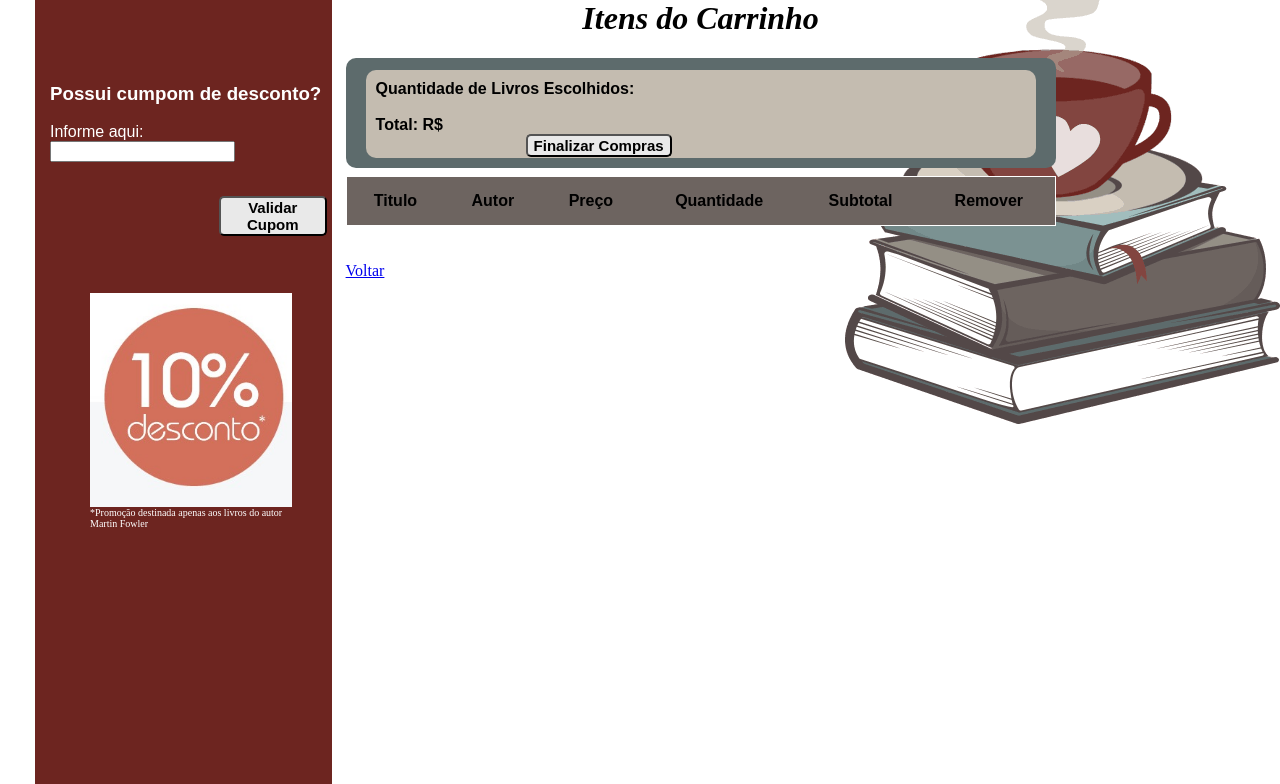
Repository: gabriellacrystina/ProjetoTegra
Page: http://localhost/book-store/meuCarrinho.jsp
An editor plug-in stored every save of this project. The page is shown before and after the next save, followed by the edit.
The browser window is 1280 px wide. The pictures show the whole page.
The page is served by Tomcat 9. Nobody is signed in. The application's start-up code is not run. Other server files are loaded and not shown. The template is opened directly, without the code that normally fills it, so the values that code supplies are empty.

Above is the page before, as saved 2016-07-10 19:15:46.

### book-store/WebContent/meuCarrinho.jsp
<%@ page language="java" contentType="text/html; charset=ISO-8859-1"
    pageEncoding="ISO-8859-1"%>
<%@ taglib uri="http://java.sun.com/jsp/jstl/core" prefix="c" %>

<!DOCTYPE html PUBLIC "-//W3C//DTD HTML 4.01 Transitional//EN" "http://www.w3.org/TR/html4/loose.dtd">
<html>
	<head>
		<meta http-equiv="Content-Type" content="text/html; charset=ISO-8859-1">
		<link rel="stylesheet" type="text/css" href="book-store-style.css">
		<script src="controle-compra.js"></script>
		<title>Carrinho</title>
	</head>
	<body>
		<section class="desconto" >
			<h3>Possui cumpom de desconto?</h3>
				<form action="FinalizarCompra" method="post">
					<p>Informe aqui: <input type="text" id="cupom" name="cupom" maxlength="15"></p>
					<br><button class="btn btn-validarCumpom" type="submit" onclick="return validarCupom()">Validar Cupom</button>
				</form>
			<figure>
				<img id="img-desconto" src="img/desconto.jpg" />
				<figcaption id="img-descricao">*Promoção destinada apenas aos livros do autor Martin Fowler</figcaption>
			</figure>
			<c:if test="${resultado != null}" >
				<c:out value="${resultado}"/>
			</c:if>
		</section>
		<h1>Itens do Carrinho</h1>
		<div class="my-cart">
			<div class="carrinho">
			    Quantidade de Livros Escolhidos: <output class="output-carrinho" id="qtde-itens" name="quantidade-itens">${qtdeLivros}</output>
			    <br><br>
				Total: <output class="output-carrinho" id="total" name="total-itens">${total} R$</output>
				<form action="ConcluirCompra">
						<button type="submit" class="btn concluir-compra">Finalizar Compras</button>
				</form>
			</div>
		</div>
		<table id="tbl-books">
		  <tr>
		    <th>Titulo</th>
		    <th>Autor</th>
		    <th>Preço</th>
		    <th>Quantidade</th>
		    <th>Subtotal</th>
		    <th>Remover</th>
		  </tr>
	  		<c:forEach var="item" items="${listaItens}">
	  			<tr class="livros">
					<td class="nome-livro">${item.getProduto().getTitulo()}</td>
					<td class="nome-autor">${item.getProduto().getAutor()}</td>
					<td class="preco">R$ ${item.getProduto().getPreco()}</td>
					<td class="quantidade">${item.getQuantidade()}</td>
					<td class="subtotal">R$ ${item.getSubtotal()}</td>
					<td>
						<form action="MeuCarrinho" method="post">
							<input type="hidden" name="id-livro" value="${item.getProduto().getId()}"/>
							<button class="btn btn-comprar" type="submit">Remover</button>
						</form>
					</td>
				</tr>
	  		</c:forEach>
		</table>
		<br>
		<br><a href="index.jsp">Voltar</a>
	</body>
</html>

### book-store/WebContent/book-store-style.css
@CHARSET "ISO-8859-1";

body {
	background-image: url("img/back.png");
	background-repeat: no-repeat;
	background-position: right top;
	background-attachment: initial;
    width: 710px;
    margin-top: 0px;
    margin-left: 27%;
	margin-right: auto;
}

h1 {
	font-style: oblique;
	text-align: center;
    color: #000000;
    margin-top: 0px;
    font-family: cursive;
}

h2{
	text-align: center;
	font-family: cursive;
    font-size: -webkit-xxx-large;
    color: #5D6B6C;
}

h5{
	color: #000000;
	font-size: x-large;
}

h4{
	color: #1b1919;
	text-align: center;
    font-size: x-large;
    font-family: cursive;

}

#tbl-books {
	width: 100%;
	font-family: "Arial", "Helvetica", sans-serif;
	border: 1px solid #ffffff;
    border-collapse: collapse;
}

#tbl-books tr:nth-child(even){
	background-color: #FFFFFF
}

#tbl-books tr:nth-child(odd){
	background-color: #6D6460;
}

th, td {
    padding: 15px;
    text-align: center;
}


.nome-livro{
	text-align: left;
}

.my-cart{
	width: 100%;
	height: 110px;
	border-radius: 10px;
    padding: 12px 20px;
    margin: 8px 0;
    box-sizing: border-box;
	background-color: #5D6B6C;
	margin-left: auto;
	margin-right: auto;
}
.cart{
	float: right;
	background-color: #c4bcb0;
	border-radius: 10px;
	padding-left: 10px;
	padding-bottom: 5px;
	margin-left: auto;
	margin-right: auto;
}

.carrinho{
	background-color: #c4bcb0;
	height: 90%;
	text-align: left;
	border-radius: 10px;
	padding-top: 10px;
	padding-left: 10px;
	padding-right: 10px;
	font: small-caption;
    font-weight: 700;
}

#lbl-meu-carrinho{
	font-size: 20px;
	font-weight: bold;
}

.btn {
	font-family: "Arial", "Helvetica", sans-serif;
	border-radius: 5px;
	font-size: 15px;
	font-weight: bold;
	margin-left: 150px;
	margin-right: 5px;
	background-color: #e9e9e9;
}

.btn-comprar{
	margin-left: 10%;
}

.btn-validarCumpom{
	margin-left: 60%;
}

.btn-concluirCompra{
	float: right;
	margin-top: -10px;
	margin-left: 70%;
}
.it-carrinho{
	margin-right: 150px;
}

.img-desconto{
	background-image: url("img/desconto.jpg");
	width: 10%;
	top:5px;
	left:20px;
	position:absolute;
}

#img-descricao{
	color: #ffffff;
	font-size: 10px;
}

h3, p{
	color: #ffffff;
	font-family: "Arial", "Helvetica", serif;
}

.desconto{
	margin-top: 0px;
	background-color: #6D2520;
	width: 22%;
	height: 100%;
	left:35px;
	text-align: left;
	padding-top: 5%;
	padding-left: 15px;
	position:absolute;
}

#img-desconto{
	padding-top: 20%;
	width: 100%;

}
.titulo-livro{
	font-size: larger;
}

### book-store/WebContent/controle-compra.js
/**
 * Controle de Compra. Arquivo que valida dados do arquivo index.jsp
 */
//valida se carrinho contém itens!!
function validaCarrinho(){
	var qtdeItens = document.getElementById("qtde-itens").textContent;

	if(qtdeItens == 0){
		alert("Não há itens no carrinho!!");
		return false;
	}
	return true;
}

//verifica se o input do cupom foi informado
function validarCupom(){
	var cupom = document.getElementById("cupom").value;

	if(cupom == ""){
		alert("Informe o cupom!!");
		return false;
	}
	return true;
}

After the next save:
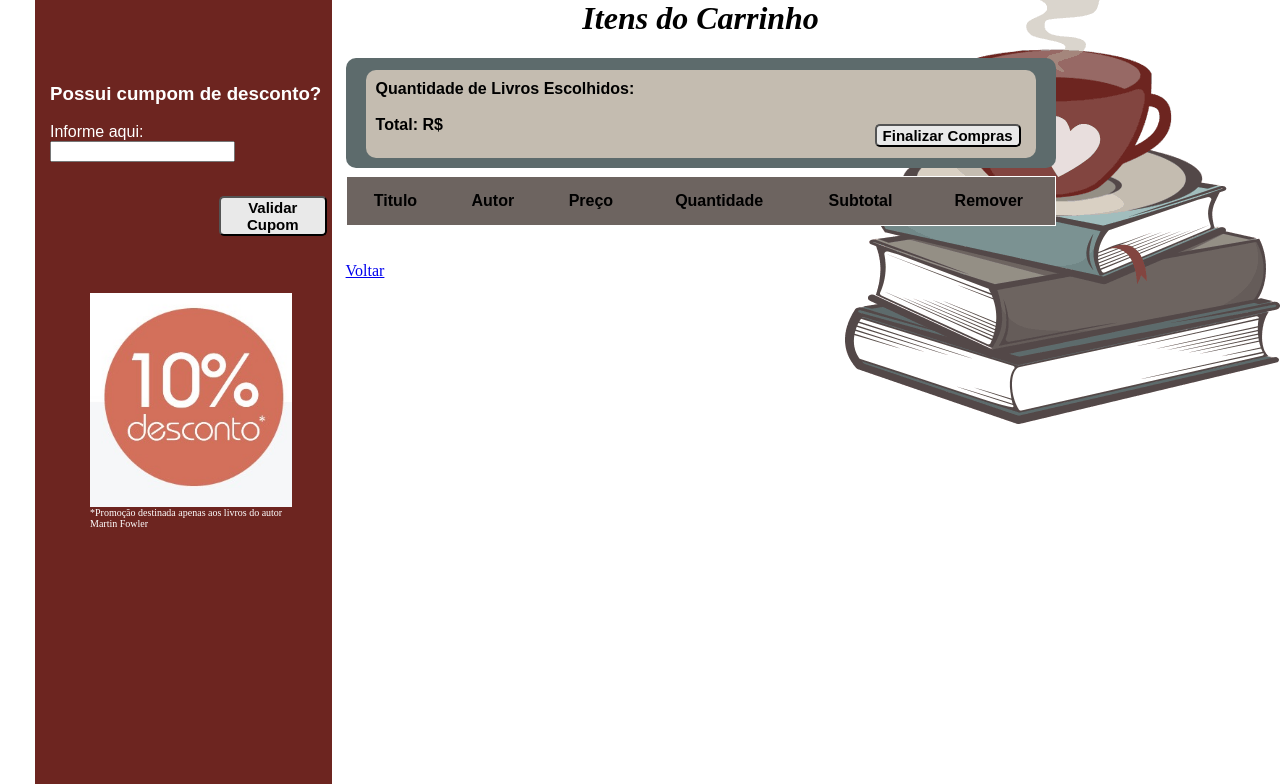
Saved 61 s later.
--- a/book-store/WebContent/meuCarrinho.jsp
+++ b/book-store/WebContent/meuCarrinho.jsp
@@ -32,7 +32,7 @@
 			    <br><br>
 				Total: <output class="output-carrinho" id="total" name="total-itens">${total} R$</output>
 				<form action="ConcluirCompra">
-						<button type="submit" class="btn concluir-compra">Finalizar Compras</button>
+						<button type="submit" class="btn btn-concluirCompra">Finalizar Compras</button>
 				</form>
 			</div>
 		</div>
